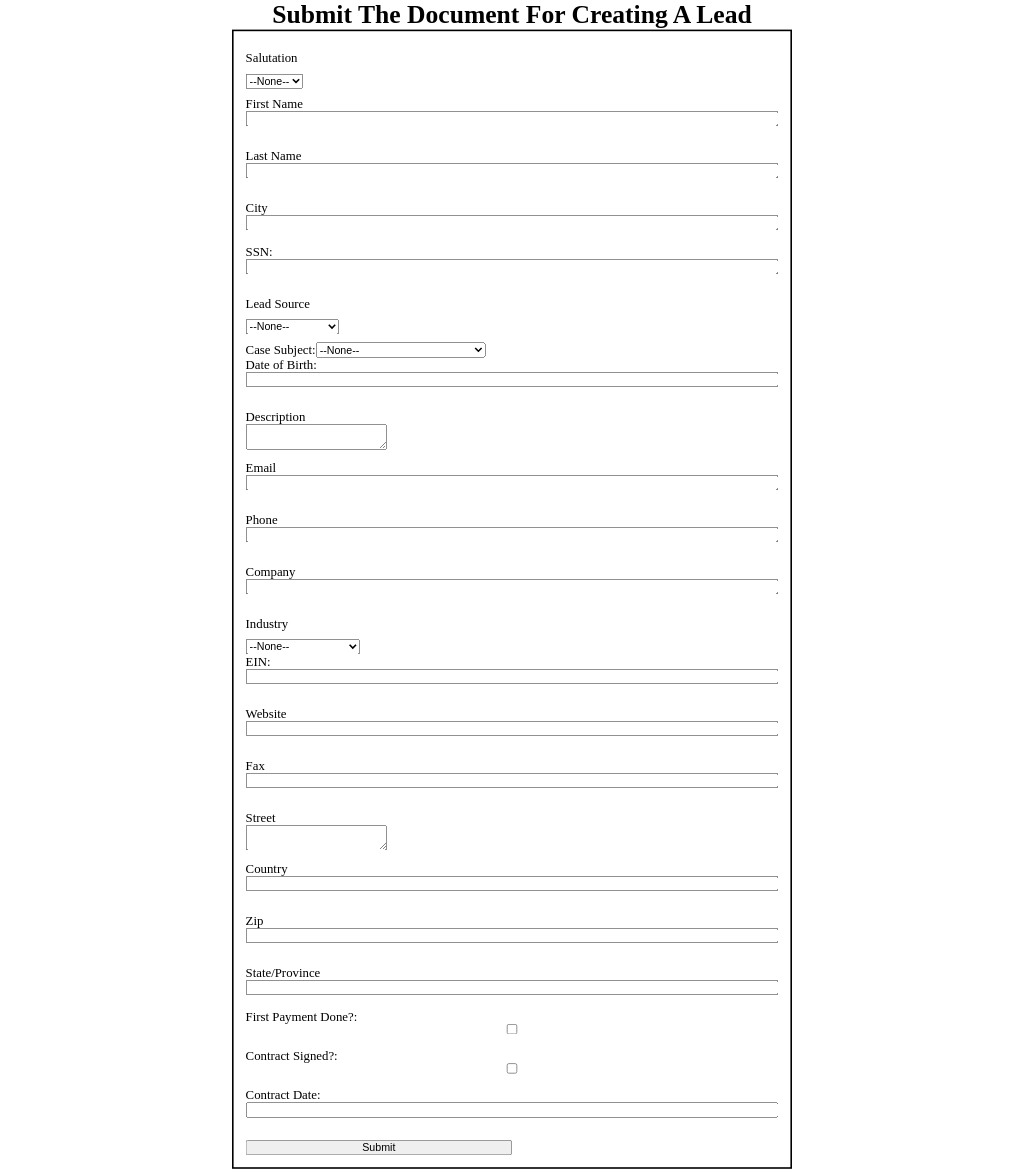
Repository: yaseminvural99/changeForce
Page: index.html
These files come from the project's save history. The page is drawn as it stood at one moment and after a run of saves; the edit follows.
The browser window is 1280 px wide. The pictures show the whole page, at 80% of full size.

Above is the page before, as saved 2024-04-26 21:57:42.

After the next 2 saves:
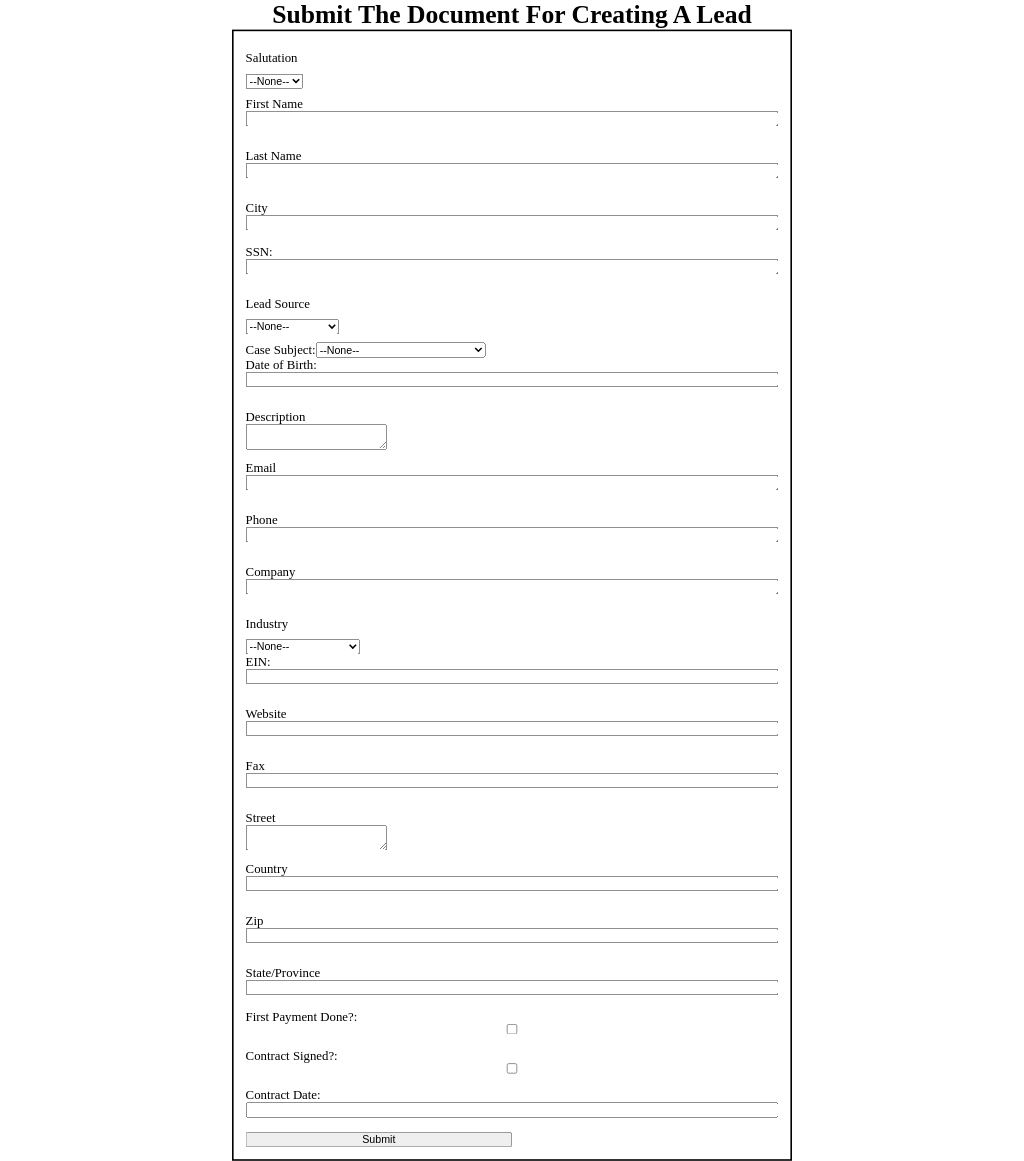
The 2 saves are shown as one change because they came seconds apart.
The last was saved 37 s later.
--- a/style.css
+++ b/style.css
@@ -33,7 +33,7 @@ option{
 
 }
 input[type="submit"]{
-    margin-top: 10px;
+    margin-top: 10px auto;
     width: 50%;
     text-align: center;
 }
